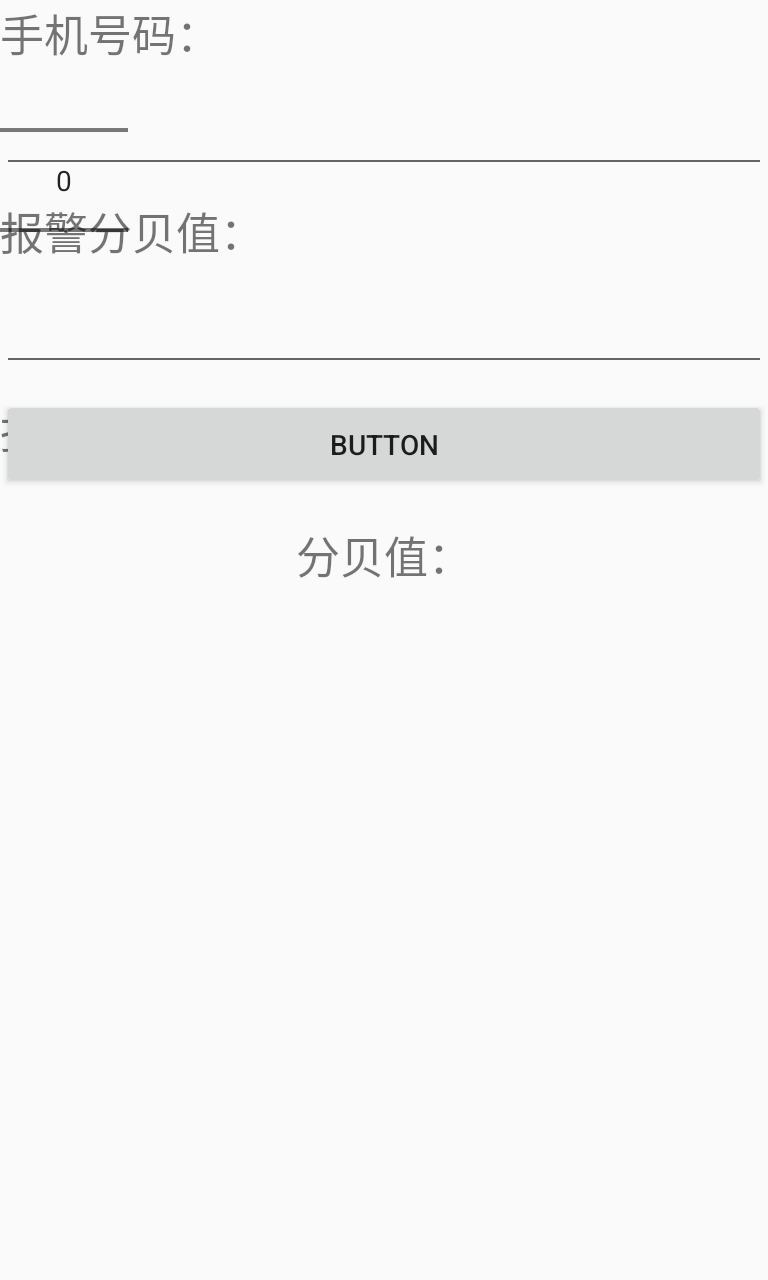
Repository: lovelyzhang/DBdetection
Layout: DBDetection/res/layout/activity_main.xml
An editor plug-in stored every save of this project. The layout is shown before and after the next save, followed by the edit.
It is drawn on a 768 x 1280 px phone screen (xhdpi) without system bars, with theme AppTheme; the app's code is not run.

Above is the layout before, as saved 2014-09-15 11:59:26.

### DBDetection/res/layout/activity_main.xml
 <RelativeLayout
        xmlns:android="http://schemas.android.com/apk/res/android"
   		xmlns:tools="http://schemas.android.com/tools"
    	android:id="@+id/container"
    	android:layout_width="match_parent"
    	android:layout_height="match_parent"
    	tools:context="com.example.dbdetection.MainActivity">


     	<TextView
     	    android:id="@+id/CellText"
 	        android:layout_width="fill_parent"
        	android:layout_height="wrap_content"
        	android:text="手机号码："
        	android:textSize="10pt"
     	    />

 	    <NumberPicker
     	    android:id="@+id/np"
   	        android:layout_width="wrap_content"
        	android:layout_height="wrap_content"
     	  />

     	<EditText
        	android:id="@+id/CellNo"
 	        android:layout_width="fill_parent"
        	android:layout_height="wrap_content"
        	android:textSize="10pt"
        	android:layout_below="@id/CellText"
        	android:maxLength="11"
        	android:numeric="integer"
        	android:layout_marginTop="20px"
     	    />

     	<TextView
     	    android:id="@+id/MaxDBText"
 	        android:layout_width="fill_parent"
        	android:layout_height="wrap_content"
        	android:text="报警分贝值："
        	android:textSize="10pt"
        	android:layout_below="@id/CellNo"
        	android:layout_marginTop="20px"
     	    />

     	<EditText
        	android:id="@+id/MaxDBValue"
 	        android:layout_width="fill_parent"
        	android:layout_height="wrap_content"
        	android:textSize="10pt"
        	android:layout_below="@id/MaxDBText"
        	android:maxLength="4"
        	android:numeric="integer"
	        android:layout_marginTop="20px"
     	    />
     	<TextView
     	    android:id="@+id/DBNumbers"
 	        android:layout_width="wrap_content"
        	android:layout_height="wrap_content"
        	android:text="报警时间间隔："
        	android:textSize="10pt"
        	android:layout_below="@id/MaxDBValue"
        	android:layout_marginTop="20px"
     	  />




        <Button
	        android:id="@+id/StartButton"
	        android:layout_width="fill_parent"
	        android:layout_height="wrap_content"
	        android:text="Button"
	        android:layout_below="@id/MaxDBValue"
	        android:layout_marginTop="20px"
        	/>

    	<TextView
	        android:id="@+id/DBText"
	        android:layout_width="fill_parent"
	        android:layout_height="wrap_content"
	        android:layout_marginTop="30px"
	        android:textSize="10pt"
	        android:text="分贝值："
	        android:gravity="center"
	        android:layout_below="@id/StartButton"
        	/>
    </RelativeLayout>

Loaded but not shown: DBDetection/res/values/styles.xml (common file); DBDetection/res/values-v11/styles.xml (common file); DBDetection/res/values-v14/styles.xml (common file)

After the next save:
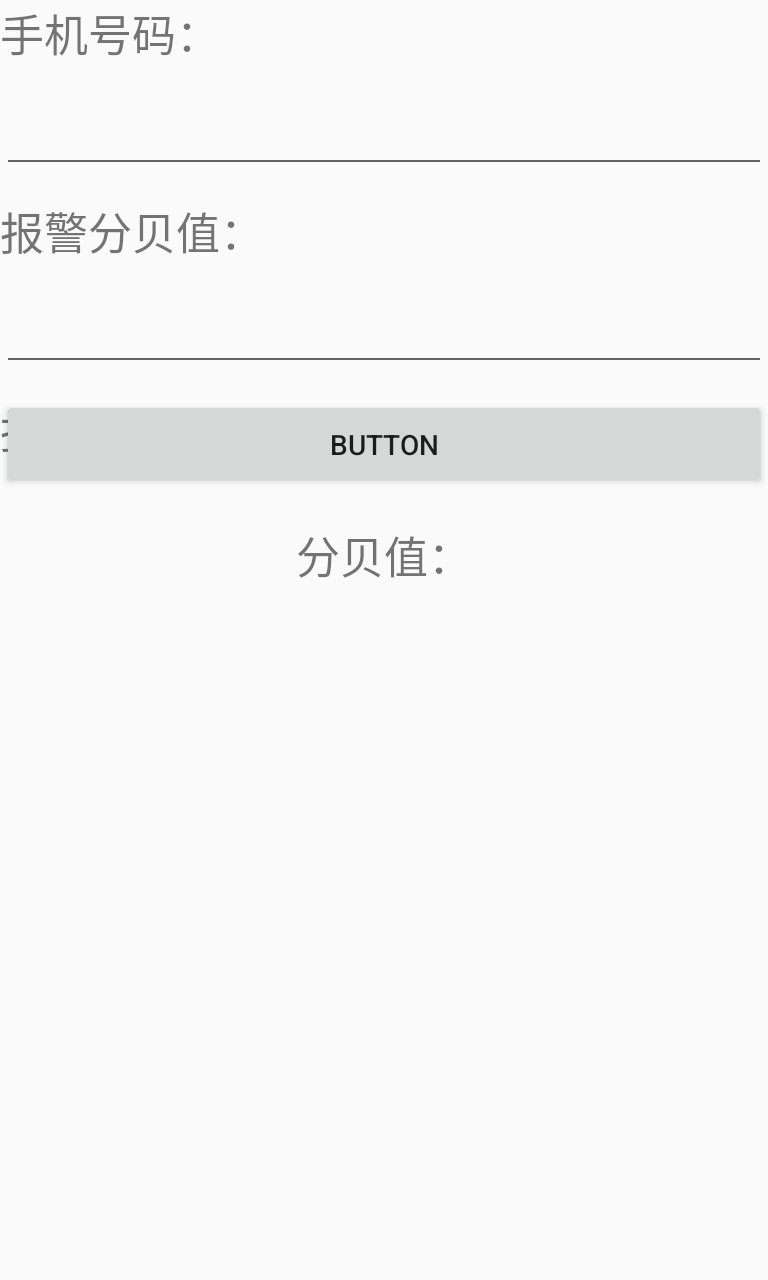
Saved 3 min 25 s later.
--- a/DBDetection/res/layout/activity_main.xml
+++ b/DBDetection/res/layout/activity_main.xml
@@ -1,4 +1,4 @@
- <RelativeLayout
+<RelativeLayout
         xmlns:android="http://schemas.android.com/apk/res/android"
    		xmlns:tools="http://schemas.android.com/tools"
     	android:id="@+id/container"
@@ -14,12 +14,6 @@
         	android:text="手机号码："
         	android:textSize="10pt"
      	    />
-
- 	    <NumberPicker
-     	    android:id="@+id/np"
-   	        android:layout_width="wrap_content"
-        	android:layout_height="wrap_content"
-     	  />
 
      	<EditText
         	android:id="@+id/CellNo"
@@ -62,7 +56,12 @@
         	android:layout_marginTop="20px"
      	  />
 
-
+ 	    <NumberPicker
+     	    android:id="@+id/np"
+   	        android:layout_width="wrap_content"
+        	android:layout_height="wrap_content"
+        	android:layout_toLeftOf="@id/DBNumbers"
+     	  />
 
 
         <Button
